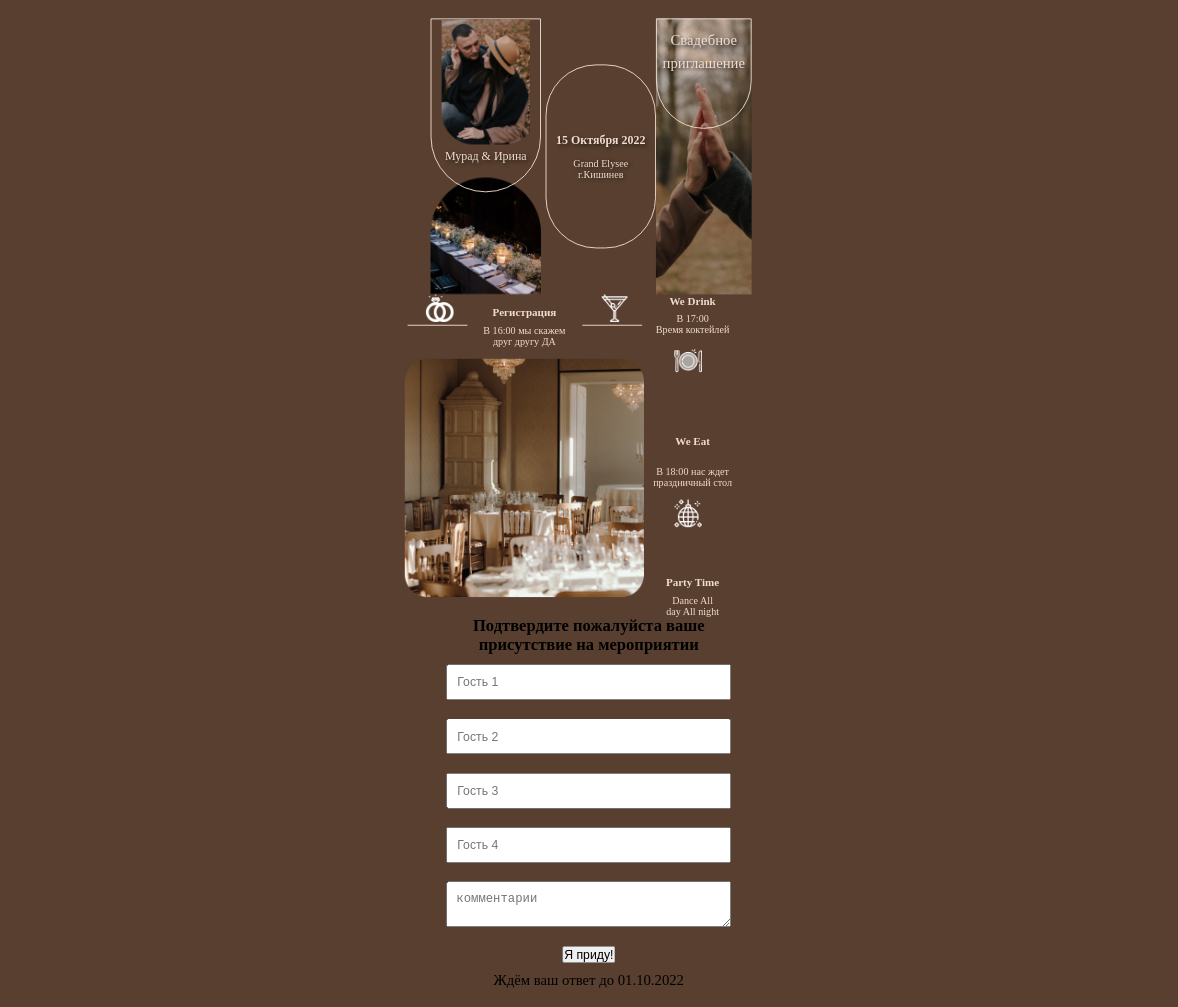
Repository: Anthony8845/wedding_invitation
Page: index.html
An editor plug-in stored every save of this project. The page is shown before and after the next save, followed by the edit.
The browser window is 1280 px wide. The pictures show the whole page, at 92% of full size.

Above is the page before, as saved 2022-07-29 19:53:30.

After the next save:
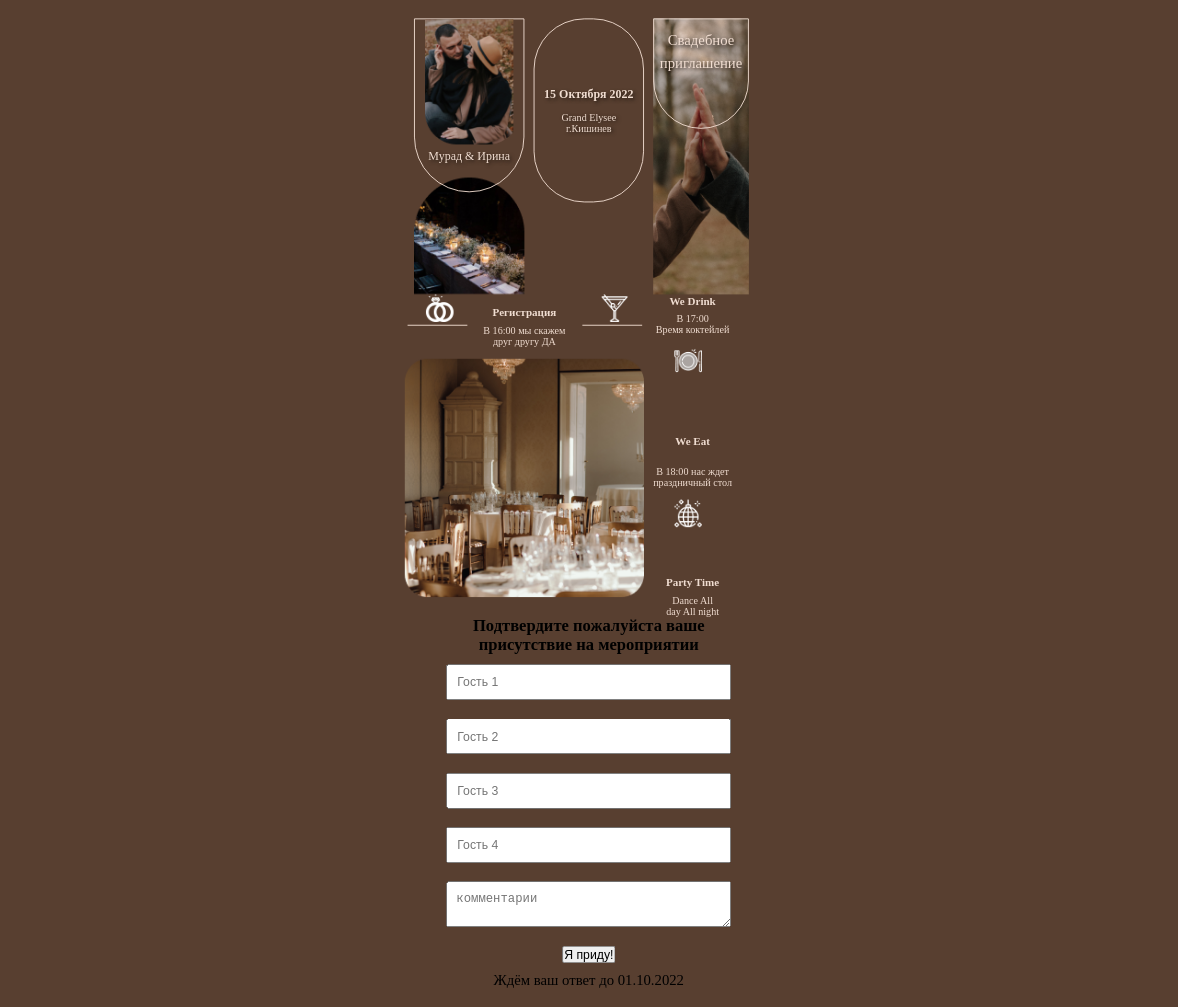
Saved 47 s later.
--- a/index.html
+++ b/index.html
@@ -19,7 +19,7 @@
                 </div>
                 <div class="info_img-d"></div>
             </div>
-            <div class="info__block">
+            <div class="info_block">
                 <div class="block__data">
                     <div class="info_timer"></div>
                     <div class="info_date">
@@ -29,7 +29,7 @@
                     </div>
                 </div>
             </div>
-            <div class="info__block">
+            <div class="info_block">
                 <div class="info_invitation">Свадебное<br>приглашение</div>
                 <div class="info_img-r"></div>
             </div>
